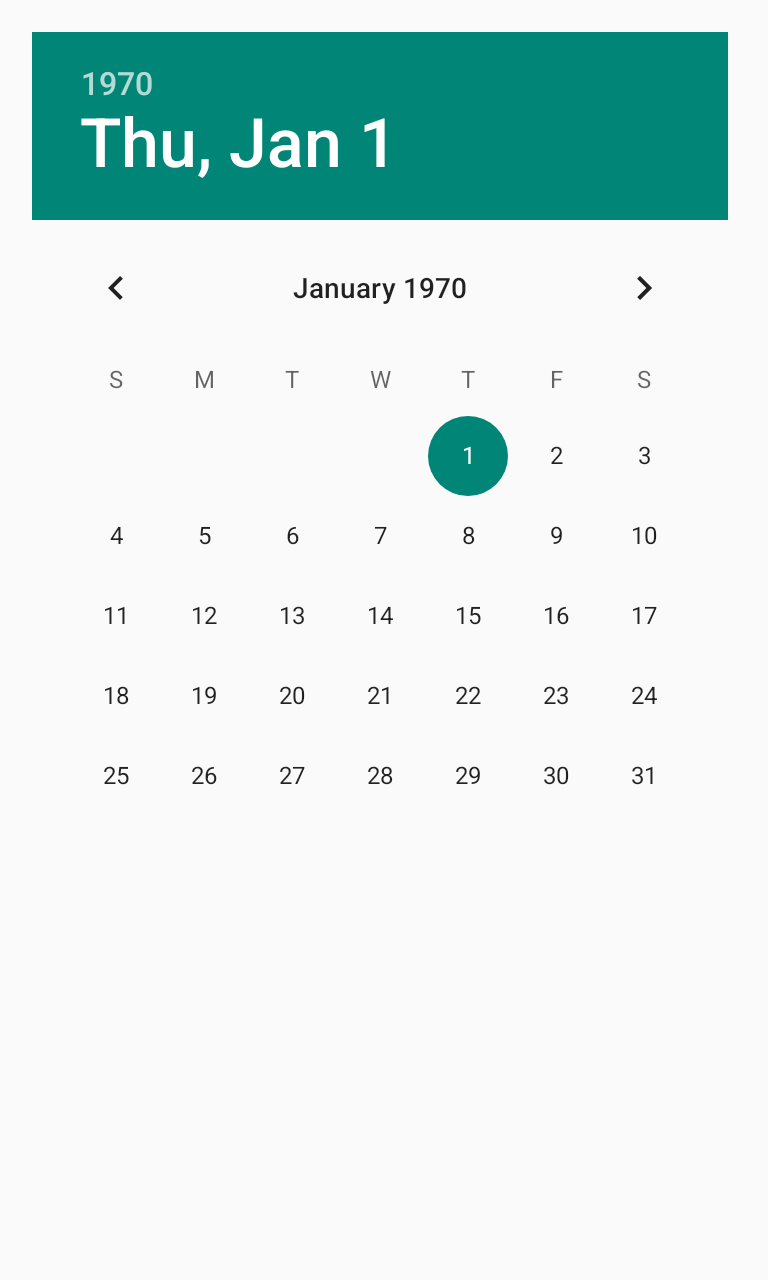
Repository: wisingd/Dajoroli
Layout: Workspace/SplitIt/res/layout/fragment_event_creater.xml
The author's editor kept a copy of each file at every save. The layout is drawn from the files as they stood at one save, then again after the next save.
It is drawn on a 768 x 1280 px phone screen (xhdpi) without system bars, with theme AppTheme; the app's code is not run.

Above is the layout before, as saved 2014-05-17 12:10:59.

### Workspace/SplitIt/res/layout/fragment_event_creater.xml
<RelativeLayout xmlns:android="http://schemas.android.com/apk/res/android"
    xmlns:tools="http://schemas.android.com/tools"
    android:layout_width="match_parent"
    android:layout_height="match_parent"
    android:paddingBottom="@dimen/activity_vertical_margin"
    android:paddingLeft="@dimen/activity_horizontal_margin"
    android:paddingRight="@dimen/activity_horizontal_margin"
    android:paddingTop="@dimen/activity_vertical_margin"
    tools:context="com.example.splitit.EventCreater$PlaceholderFragment" >

    <EditText
        android:id="@+id/event_name"
        android:layout_width="wrap_content"
        android:layout_height="wrap_content"
        android:hint="@string/event_name" />

    <DatePicker
        android:id="@+id/event_date"
        android:layout_width="wrap_content"
        android:layout_height="wrap_content"


        />

</RelativeLayout>

### Workspace/SplitIt/res/values/strings.xml
<?xml version="1.0" encoding="utf-8"?>
<resources>

    <string name="app_name">Split It</string>
    <string name="action_settings">Settings</string>
    <string name="contact_name">Contact name</string>
    <string name="button_create_contact">Create contact!</string>
    <string name="title_activity_display_message">New Activity</string>
    <string name="information_text">Amount to the left, contact to the right</string>
    <string name="view_contacts">View contacts</string>
    <string name="amount">Amount</string>
    <string name="contact">Name</string>
    <string name="they_owe_me">They owe me</string>
    <string name="i_owe_them">I owe them</string>
    <string name="startDebtMenu">Debt menu</string>
    <string name="startContactMenu">Contact menu</string>
    <string name="number">Contact phone number</string>
    <string name="erase_contacts">Erase contacts</string>
    <string name="name">Name</string>
    <string name="split_debt">Split a debt</string>
    <string name="title_activity_split_adebt">SplitADebt</string>
    <string name="event_name">Enter the name of the event</string>
    <string name="splitOnThree">Split on these contacts!</string>
    <string name="title_activity_daniels_test">DanielsTest</string>
    <string name="startEvent">Event!</string>
    <string name="title_activity_event_creater">Create event</string>
    <string name="hello_world">Hello world</string>
</resources>

Loaded but not shown: Workspace/SplitIt/res/values/styles.xml (common file); Workspace/SplitIt/res/values-v11/styles.xml (common file); Workspace/SplitIt/res/values-v14/styles.xml (common file); Workspace/SplitIt/res/values/dimens.xml (common file); Workspace/SplitIt/res/values-w820dp/dimens.xml (common file)

After the next save:
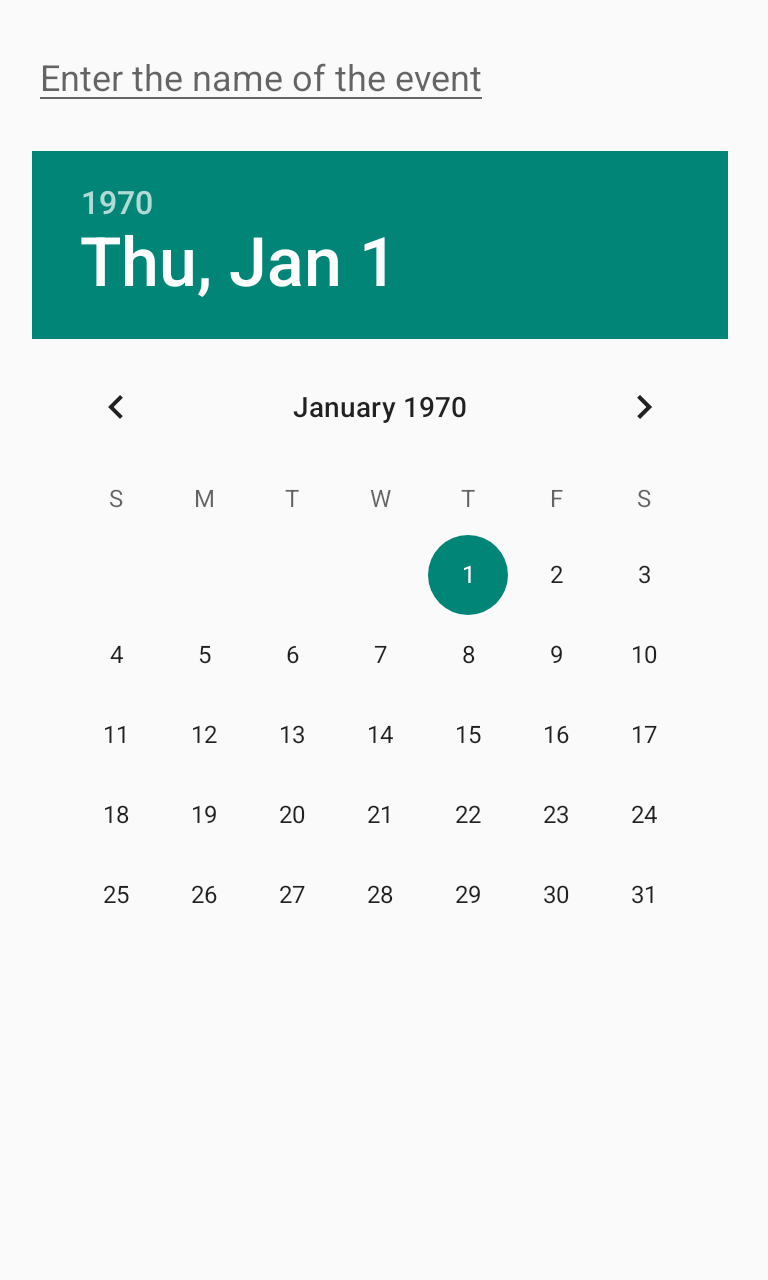
Saved 3 min 8 s later.
--- a/Workspace/SplitIt/res/layout/fragment_event_creater.xml
+++ b/Workspace/SplitIt/res/layout/fragment_event_creater.xml
@@ -15,11 +15,11 @@
         android:hint="@string/event_name" />
 
     <DatePicker
-        android:id="@+id/event_date"
+        android:id="@+id/datePicker1"
         android:layout_width="wrap_content"
         android:layout_height="wrap_content"
-
-
-        />
+        android:layout_alignLeft="@+id/event_name"
+        android:layout_below="@+id/event_name"
+        android:layout_marginTop="18dp" />
 
 </RelativeLayout>
